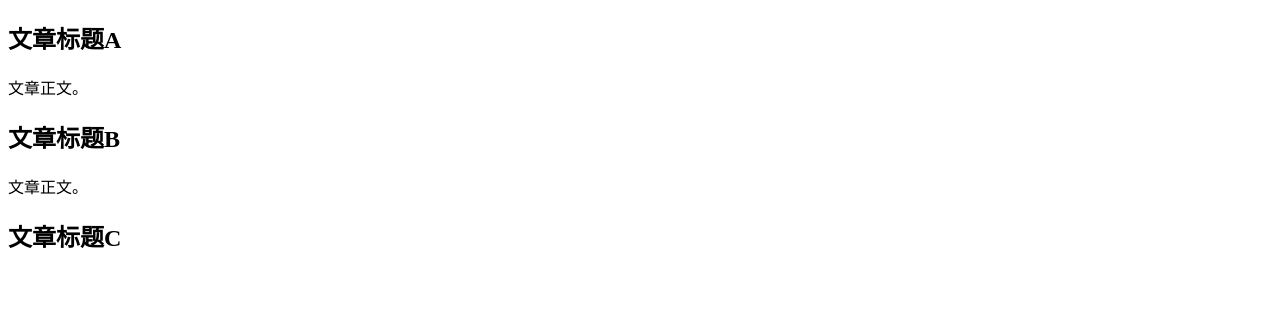
Repository: zdsherlock/HtmlCssLearn
Page: CSS/test-attSelect/index4.html
These files come from the project's save history. The page is drawn as it stood at one moment and after the next save; the edit follows.
The browser window is 1280 px wide. The pictures show the whole page.

Above is the page before, as saved 2021-05-07 20:15:10.

### CSS/test-attSelect/index4.html
<!DOCTYPE html>
<html lang="en">
<head>
    <meta charset="UTF-8">
    <meta http-equiv="X-UA-Compatible" content="IE=edge">
    <meta name="viewport" content="width=device-width, initial-scale=1.0">
    <title>Document</title>
</head>
<body>
    <h2>文章标题A</h2>
    <p>文章正文。</p>
    <h2>文章标题B</h2>
    <p>文章正文。</p>
    <h2>文章标题C</h2>
</body>
</html>

After the next save:
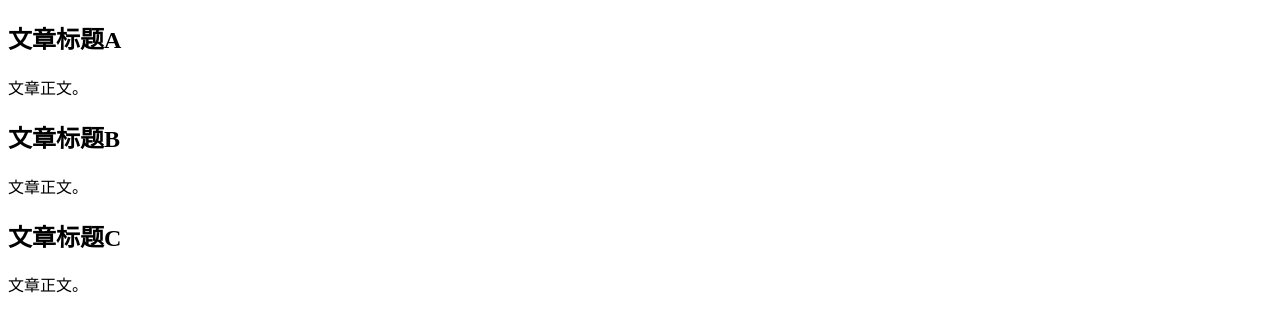
Saved 11 s later.
--- a/CSS/test-attSelect/index4.html
+++ b/CSS/test-attSelect/index4.html
@@ -12,5 +12,6 @@
     <h2>文章标题B</h2>
     <p>文章正文。</p>
     <h2>文章标题C</h2>
+    <p>文章正文。</p>
 </body>
 </html>
